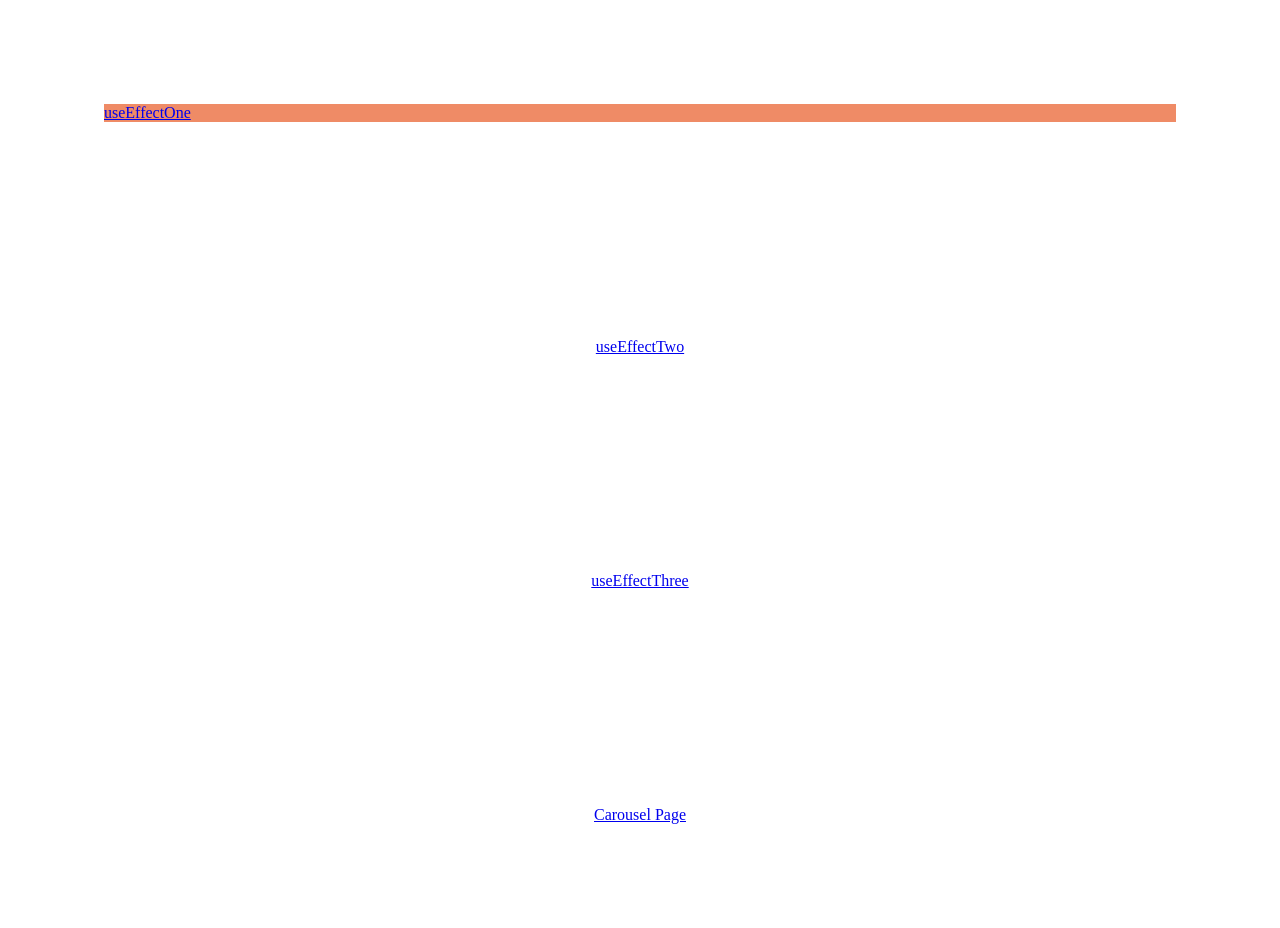
Repository: giovanabirck/class8
Page: /
An editor plug-in stored every save of this project. The page is shown before and after the next save, followed by the edit.
The browser window is 1280 px wide. The pictures show the whole page.
The project was rebuilt for these pictures with package versions that can differ from the ones it lists, and the page was loaded fresh each time. The framework's server and built-in components were replaced by stand-ins that run in the browser. Also part of the build but not shown: next.config.js.

Above is the page before, as saved 2023-02-23 17:44:15.

### pages/index.js
import Head from 'next/head'
import styles from '@/styles/Home.module.css'
import Link from 'next/link'


export default function Home() {
  return (
    <>
      <Head>
        <title>Create Next App</title>
        <meta name="description" content="Generated by create next app" />
        <meta name="viewport" content="width=device-width, initial-scale=1" />
        <link rel="icon" href="/favicon.ico" />
      </Head>
      <main className={styles.main}>
        <div className={styles.effect_one}>
          <Link href="/useEffectOne">useEffectOne</Link>
        </div>
        <div className={styles.effect_two}>
          <Link href="/useEffectTwo">useEffectTwo</Link>
        </div>
        <div className={styles.effect_three}>
          <Link href="/useEffectThree">useEffectThree</Link>
        </div>
        <div className={styles.carousel}>
          <Link href="/carouselPage">Carousel Page</Link>
        </div>
      </main>
    </>
  )
}

### styles/globals.css
:root {
  --blue: #95CDF9;
  --green: #C3E0CF;
  --orange: #EF8B66;
  --white: #f4f9fd;
  --black: #222222;
  }

### styles/Home.module.css
.main {
  display: flex;
  flex-direction: column;
  justify-content: space-between;
  align-items: center;
  padding: 6rem;
  min-height: 100vh;
}

.effect_one {
  background-color: var(--orange);
  width: 100%;
}

Loaded but not shown: pages/_app.js (common file); pages/_document.js (common file)

After the next save:
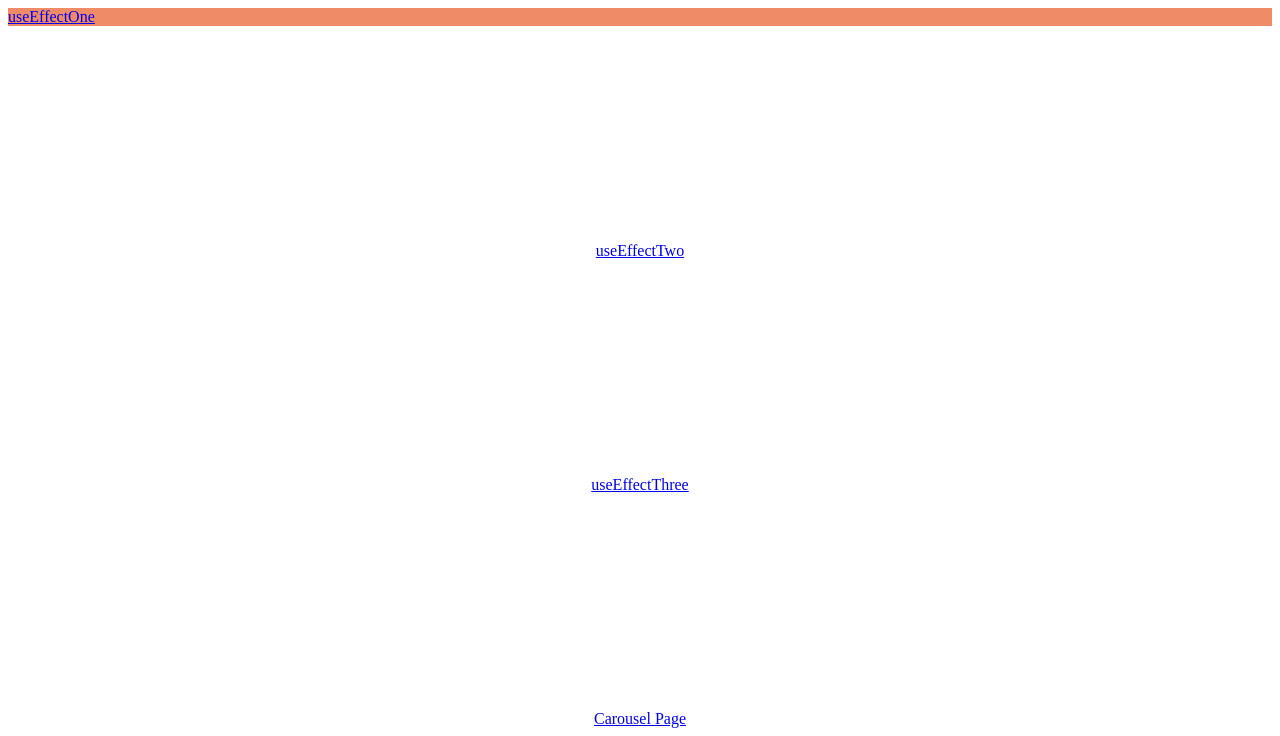
Saved 7 s later.
--- a/styles/Home.module.css
+++ b/styles/Home.module.css
@@ -3,7 +3,7 @@
   flex-direction: column;
   justify-content: space-between;
   align-items: center;
-  padding: 6rem;
+  padding: 0rem;
   min-height: 100vh;
 }
 
